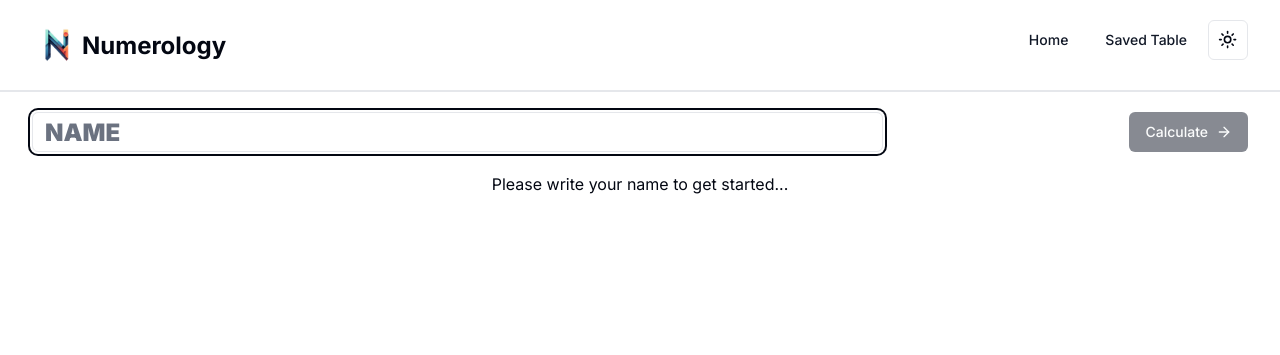
Repository: RaghunadhSahitDruvam/mynumerology
Page: /
The author's editor kept a copy of each file at every save. The page is drawn from the files as they stood at one save, then again after the next save.
The browser window is 1280 px wide. The pictures show the whole page.
The project was rebuilt for these pictures with package versions that can differ from the ones it lists, and the page was loaded fresh each time. The framework's server and built-in components were replaced by stand-ins that run in the browser. Also part of the build but not shown: next.config.js, components/ui/alert-dialog.tsx.

Above is the page before, as saved 2023-12-21 16:43:29.

### app/layout.tsx
import type { Metadata } from "next";
import { Inter } from "next/font/google";
import "./globals.css";
import { ThemeProvider } from "@/components/theme-provider";

const inter = Inter({ subsets: ["latin"] });

export const metadata: Metadata = {
  title: "Numerology",
  description: "Officially designed by ⭐ Raghunadh ⭐",
};

export default function RootLayout({
  children,
}: {
  children: React.ReactNode;
}) {
  return (
    <html lang="en">
      <body className={inter.className}>
        {" "}
        <ThemeProvider
          attribute="class"
          defaultTheme="system"
          enableSystem
          disableTransitionOnChange
        >
          {children}
          {/* <Toaster /> */}
        </ThemeProvider>
      </body>
    </html>
  );
}

### app/page.tsx
// @ts-nocheck
"use client";
import React, { useEffect, useRef, useState } from "react";
import { Input } from "@/components/ui/input";
import { ToastContainer, toast } from "react-toastify";
import "react-toastify/dist/ReactToastify.css";

import { Button } from "@/components/ui/button";
import { ArrowRight } from "lucide-react";
import axios from "axios";
import Header from "@/components/header";
import { useRouter, useSearchParams } from "next/navigation";
import Link from "next/link";
import {
  AlertDialog,
  AlertDialogAction,
  AlertDialogCancel,
  AlertDialogContent,
  AlertDialogDescription,
  AlertDialogFooter,
  AlertDialogHeader,
  AlertDialogTitle,
  AlertDialogTrigger,
} from "@/components/ui/alert-dialog";

interface DataSource {
  name_g2_block?: string;
  name_g3_block?: string;
  g2tot?: number;
  g2vtot?: number;
  g2nettot?: number;
  g3tot?: number;
  g3vtot?: number;
  g3nettot?: number;
  tot_letters?: number;
}

const Page: React.FC = () => {
  let [textName, setTextName] = useState<string>("");
  const [dataSource, setDataSource] = useState<DataSource | null>(null);
  const [loading, setLoading] = useState<boolean>(false);
  const searchParams = useSearchParams();
  let search = searchParams.get("name");
  const router = useRouter();
  const saveHandler = async (dataSource: DataSource) => {
    setLoading(true);
    await axios
      .post("/api/save", {
        chaldean: dataSource.name_g2_block,
        pythogorous: dataSource.name_g3_block,
        tot_letters: dataSource.tot_letters,
        g2tot: dataSource.g2tot,
        g3tot: dataSource.g3tot,
        g2vtot: dataSource.g2vtot,
        g3vtot: dataSource.g3vtot,
        g2nettot: dataSource.g2nettot,
        g3nettot: dataSource.g3nettot,
      })
      .then((res) => {
        setLoading(false);
        toast.success("Name successfully added to Database ⭐!");
      })
      .catch((err) => toast.error(err));
  };

  useEffect(() => {
    // Set initial value only if it's different from the current state
    if (search !== null && search !== textName) {
      setTextName(search);
    }
  }, [search, textName]);

  const inputFocusRef = useRef(null);
  const buttonRef = useRef(null);
  useEffect(() => {
    inputFocusRef.current.focus();
    if (search !== null) {
      if (buttonRef.current) {
        buttonRef.current.click();
      }
    }
  }, []);
  const submitHandler = (e: React.FormEvent<HTMLFormElement>) => {
    e.preventDefault();
    axios
      .get(
        `https://phinzi.com/convert?name=${textName
          .replaceAll(".", "")
          .replaceAll(",", "")
          .replaceAll(" - ", "")
          .replaceAll("-", " ")
          .replaceAll(";", "")
          .replaceAll("(", "")
          .replaceAll(")", "")
          .replaceAll("  ", " ")
          .replaceAll("[", "")
          .replaceAll("]", "")}`
      )
      .then((res) => setDataSource(res.data));
  };

  const updateURL = (newTextName: string) => {
    // Update the URL without a page reload
    router.push(
      `?name=${encodeURIComponent(
        newTextName
          .replaceAll(".", "")
          .replaceAll(",", "")
          .replaceAll(" - ", "")
          .replaceAll("-", " ")
          .replaceAll(";", "")
          .replaceAll("(", "")
          .replaceAll(")", "")
          .replaceAll("  ", " ")
          .replaceAll("[", "")
          .replaceAll("]", "")
      )}`
    );
  };

  return loading ? (
    <div className="flex items-center justify-center h-screen bg-gray-100">
      <div className="animate-spin h-12 w-12 border-t-2 border-b-2 border-gray-900 rounded-full" />
    </div>
  ) : (
    <div className="">
      <Header />

      <div>
        <form
          className="container gap flex justify-between"
          onSubmit={(e) => submitHandler(e)}
        >
          <Input
            type="text"
            placeholder="Name"
            className="w-[70%]"
            value={textName
              .replaceAll(".", "")
              .replaceAll(",", "")
              .replaceAll(" - ", "")
              .replaceAll("-", " ")
              .replaceAll(";", "")
              .replaceAll("(", "")
              .replaceAll(")", "")
              .replaceAll("  ", " ")
              .replaceAll("[", "")
              .replaceAll("]", "")}
            ref={inputFocusRef}
            onChange={(e) => {
              const newValue = e.target.value;
              setTextName(newValue);
              updateURL(newValue); // Update the URL when input changes
            }}
          />

          <Button
            type="submit"
            ref={buttonRef}
            disabled={textName.length === 0}
          >
            Calculate <ArrowRight className="ml-2 h-4 w-4" />
          </Button>
        </form>
      </div>
      {dataSource ? (
        <>
          <div className="container mt-[30px] flex items-start justify-start">
            <table
              border={2}
              className="border-4dark:border-white border-yellow-600"
            >
              <thead className="border-4 dark:border-white border-yellow-600 p-[20px]">
                <tr className="border-4 dark:border-white border-yellow-600">
                  <th className="border-4 dark:border-white border-yellow-600 bg-green-600 text-white  text-2xl font-[900]">
                    Grp.
                  </th>
                  <th className="border-4 dark:border-white border-yellow-600 bg-green-600 text-white  text-2xl font-[900]">
                    Name
                  </th>
                  <th className="border-4 dark:border-white border-yellow-600 bg-green-600 text-white  text-2xl font-[900]">
                    Total
                  </th>
                  <th className="border-4  dark:border-white border-yellow-600 bg-green-600 text-white  text-2xl font-[900]">
                    V
                  </th>
                  <th className="border-4px-[10px]  dark:border-white border-yellow-600 bg-green-600 text-white  text-2xl font-[900] text-2xl">
                    C
                  </th>
                </tr>
              </thead>
              <tbody className="border-4 dark:border-white border-yellow-600 text-[#960084] font-[900]">
                <tr className="border-4 dark:border-white border-yellow-600">
                  <td className="border-4 dark:border-white border-yellow-600 bg-green-600 text-white  text-2xl ">
                    C
                  </td>
                  <td className=" border-4 dark:border-white border-yellow-600 ">
                    <table
                      className=" table-padding text-2xl"
                      dangerouslySetInnerHTML={{
                        __html:
                          typeof dataSource !== "undefined" &&
                          dataSource?.name_g2_block,
                      }}
                    ></table>
                  </td>

                  <td className="border-4 dark:border-white border-yellow-600 text-2xl bg-green-600 text-white ">
                    {dataSource?.g2tot}
                  </td>
                  <td className="border-4 dark:border-white border-yellow-600 text-2xl bg-green-600 text-white ">
                    {" "}
                    {dataSource?.g2vtot}
                  </td>
                  <td className="border-4 dark:border-white border-yellow-600 text-2xl bg-green-600 text-white ">
                    {" "}
                    {dataSource?.g2nettot}
                  </td>
                </tr>
                <tr className="border-4 dark:border-white border-yellow-600">
                  <td className="border-4 dark:border-white border-yellow-600 bg-green-600 text-white  text-2xl ">
                    P
                  </td>
                  <td className=" border-4 dark:border-white border-yellow-600">
                    <table
                      className=" table-padding text-2xl"
                      dangerouslySetInnerHTML={{
                        __html:
                          typeof dataSource !== "undefined" &&
                          dataSource?.name_g3_block,
                      }}
                    ></table>
                  </td>

                  <td className="border-4 dark:border-white border-yellow-600 text-2xl bg-green-600 text-white ">
                    {dataSource?.g3tot}
                  </td>
                  <td className="border-4 dark:border-white border-yellow-600 text-2xl bg-green-600 text-white ">
                    {" "}
                    {dataSource?.g3vtot}
                  </td>
                  <td className="border-4 dark:border-white border-yellow-600 text-2xl bg-green-600 text-white ">
                    {" "}
                    {dataSource?.g3nettot}
                  </td>
                </tr>
              </tbody>
            </table>
          </div>
          <div className="container flex  items-start mt-[10px] justify-between">
            {" "}
            <span className="text-green-600  text-2xl font-[900]">
              Total Letters - {dataSource?.tot_letters}
            </span>
            <div className="">
              {/* <Button variant={"default"} className="mr-[10px]"> */}
              <AlertDialog>
                <AlertDialogTrigger>
                  <Button variant={"default"} className="mr-[10px]">
                    Save
                  </Button>
                </AlertDialogTrigger>
                <AlertDialogContent>
                  <AlertDialogHeader>
                    <AlertDialogTitle>
                      Are you absolutely sure?
                    </AlertDialogTitle>
                    <AlertDialogDescription>
                      Do you want to save this name -{" "}
                      <b>{textName.toUpperCase()}</b> ?
                    </AlertDialogDescription>
                  </AlertDialogHeader>
                  <AlertDialogFooter>
                    <AlertDialogCancel>Cancel</AlertDialogCancel>
                    <AlertDialogAction onClick={() => saveHandler(dataSource)}>
                      Continue
                    </AlertDialogAction>
                  </AlertDialogFooter>
                </AlertDialogContent>
              </AlertDialog>
              {/* </Button> */}
              <Link href={"/"}>
                <Button
                  variant={"destructive"}
                  onClick={() => {
                    setTextName("");
                    setDataSource(null);
                  }}
                >
                  Cancel
                </Button>
              </Link>
            </div>
          </div>
        </>
      ) : (
        <>
          <div className="container flex justify-center align-middle">
            <h1>Please write your name to get started...</h1>
          </div>
        </>
      )}
      <ToastContainer
        position="top-right"
        autoClose={5000}
        hideProgressBar={false}
        newestOnTop={false}
        closeOnClick
        rtl={false}
        pauseOnFocusLoss
        draggable
        pauseOnHover
        theme="colored"
      />
    </div>
  );
};

export default Page;

### app/globals.css
@tailwind base;
@tailwind components;
@tailwind utilities;

@layer base {
  :root {
    --background: 0 0% 100%;
    --foreground: 224 71.4% 4.1%;

    --card: 0 0% 100%;
    --card-foreground: 224 71.4% 4.1%;

    --popover: 0 0% 100%;
    --popover-foreground: 224 71.4% 4.1%;

    --primary: 220.9 39.3% 11%;
    --primary-foreground: 210 20% 98%;

    --secondary: 220 14.3% 95.9%;
    --secondary-foreground: 220.9 39.3% 11%;

    --muted: 220 14.3% 95.9%;
    --muted-foreground: 220 8.9% 46.1%;

    --accent: 220 14.3% 95.9%;
    --accent-foreground: 220.9 39.3% 11%;

    --destructive: 0 84.2% 60.2%;
    --destructive-foreground: 210 20% 98%;

    --border: 220 13% 91%;
    --input: 220 13% 91%;
    --ring: 224 71.4% 4.1%;

    --radius: 0.5rem;
  }

  .dark {
    --background: 224 71.4% 4.1%;
    --foreground: 210 20% 98%;

    --card: 224 71.4% 4.1%;
    --card-foreground: 210 20% 98%;

    --popover: 224 71.4% 4.1%;
    --popover-foreground: 210 20% 98%;

    --primary: 210 20% 98%;
    --primary-foreground: 220.9 39.3% 11%;

    --secondary: 215 27.9% 16.9%;
    --secondary-foreground: 210 20% 98%;

    --muted: 215 27.9% 16.9%;
    --muted-foreground: 217.9 10.6% 64.9%;

    --accent: 215 27.9% 16.9%;
    --accent-foreground: 210 20% 98%;

    --destructive: 0 62.8% 30.6%;
    --destructive-foreground: 210 20% 98%;

    --border: 215 27.9% 16.9%;
    --input: 215 27.9% 16.9%;
    --ring: 216 12.2% 83.9%;
  }
}

@layer base {
  * {
    @apply border-border;
  }
  body {
    @apply bg-background text-foreground;
  }
  .container {
    @apply mx-[50px];
  }
  .mainHeading {
    @apply text-2xl font-bold;
  }
  .gap {
    @apply my-[20px];
  }
  .table-padding tbody > tr > td {
    @apply px-[15px];
  }
}

### components/ui/input.tsx
import * as React from "react";

import { cn } from "@/lib/utils";

export interface InputProps
  extends React.InputHTMLAttributes<HTMLInputElement> {}

const Input = React.forwardRef<HTMLInputElement, InputProps>(
  ({ className, type, ...props }, ref) => {
    return (
      <input
        type={type}
        className={cn(
          "flex h-10 w-full rounded-md border border-pink-600 border-input uppercase text-2xl bg-background text-blue-600 font-[1000] px-3 py-2  ring-offset-background file:border-0 file:bg-transparent file:text-sm file:font-medium placeholder:text-muted-foreground focus-visible:outline-none focus-visible:ring-2 focus-visible:ring-ring focus-visible:ring-offset-2 foc disabled:cursor-not-allowed disabled:opacity-50",
          className
        )}
        ref={ref}
        {...props}
      />
    );
  }
);
Input.displayName = "Input";

export { Input };

### components/ui/button.tsx
import * as React from "react"
import { Slot } from "@radix-ui/react-slot"
import { cva, type VariantProps } from "class-variance-authority"

import { cn } from "@/lib/utils"

const buttonVariants = cva(
  "inline-flex items-center justify-center rounded-md text-sm font-medium ring-offset-background transition-colors focus-visible:outline-none focus-visible:ring-2 focus-visible:ring-ring focus-visible:ring-offset-2 disabled:pointer-events-none disabled:opacity-50",
  {
    variants: {
      variant: {
        default: "bg-primary text-primary-foreground hover:bg-primary/90",
        destructive:
          "bg-destructive text-destructive-foreground hover:bg-destructive/90",
        outline:
          "border border-input bg-background hover:bg-accent hover:text-accent-foreground",
        secondary:
          "bg-secondary text-secondary-foreground hover:bg-secondary/80",
        ghost: "hover:bg-accent hover:text-accent-foreground",
        link: "text-primary underline-offset-4 hover:underline",
      },
      size: {
        default: "h-10 px-4 py-2",
        sm: "h-9 rounded-md px-3",
        lg: "h-11 rounded-md px-8",
        icon: "h-10 w-10",
      },
    },
    defaultVariants: {
      variant: "default",
      size: "default",
    },
  }
)

export interface ButtonProps
  extends React.ButtonHTMLAttributes<HTMLButtonElement>,
    VariantProps<typeof buttonVariants> {
  asChild?: boolean
}

const Button = React.forwardRef<HTMLButtonElement, ButtonProps>(
  ({ className, variant, size, asChild = false, ...props }, ref) => {
    const Comp = asChild ? Slot : "button"
    return (
      <Comp
        className={cn(buttonVariants({ variant, size, className }))}
        ref={ref}
        {...props}
      />
    )
  }
)
Button.displayName = "Button"

export { Button, buttonVariants }

### components/header.tsx
import React from "react";
import { ModeToggle } from "./mode";
import Link from "next/link";
import Image from "next/image";
import { Badge } from "./ui/badge";
import { Button } from "./ui/button";

const Header = () => {
  return (
    <div className={``}>
      <div className="flex my-[20px] mainHeading justify-between  container ">
        <Link href={"/"} className="flex align-middle text-center ">
          <Image src={"/images/logo.png"} alt="logo" height={50} width={50} />
          <span className="mt-[10px]">Numerology</span>
        </Link>
        <div className="flex gap-[5px]">
          <Link href={"/"}>
            <Button variant={"link"}>Home</Button>{" "}
          </Link>
          <Link href={"/data"}>
            <Button variant={"link"}>Saved Table</Button>{" "}
          </Link>
          <ModeToggle />
        </div>
      </div>
      <div className="border-b-2"></div>
    </div>
  );
};

export default Header;

### components/mode.tsx
"use client";

import * as React from "react";
import { Moon, Sun } from "lucide-react";
import { useTheme } from "next-themes";

import { Button } from "@/components/ui/button";
import {
  DropdownMenu,
  DropdownMenuContent,
  DropdownMenuItem,
  DropdownMenuTrigger,
} from "@/components/ui/dropdown-menu";

export function ModeToggle() {
  const { setTheme } = useTheme();

  return (
    <DropdownMenu>
      <DropdownMenuTrigger asChild>
        <Button variant="outline" size="icon" className="align-middle">
          <Sun className="h-[1.2rem]  w-[1.2rem] rotate-0 scale-100 transition-all dark:-rotate-90 dark:scale-0" />
          <Moon className="absolute  h-[1.2rem] w-[1.2rem] rotate-90 scale-0 transition-all dark:rotate-0 dark:scale-100" />
          <span className="sr-only">Toggle theme</span>
        </Button>
      </DropdownMenuTrigger>
      <DropdownMenuContent align="end">
        <DropdownMenuItem onClick={() => setTheme("light")}>
          Light
        </DropdownMenuItem>
        <DropdownMenuItem onClick={() => setTheme("dark")}>
          Dark
        </DropdownMenuItem>
        <DropdownMenuItem onClick={() => setTheme("system")}>
          System
        </DropdownMenuItem>
      </DropdownMenuContent>
    </DropdownMenu>
  );
}

### components/ui/dropdown-menu.tsx
import * as React from "react"
import * as DropdownMenuPrimitive from "@radix-ui/react-dropdown-menu"
import { Check, ChevronRight, Circle } from "lucide-react"

import { cn } from "@/lib/utils"

const DropdownMenu = DropdownMenuPrimitive.Root

const DropdownMenuTrigger = DropdownMenuPrimitive.Trigger

const DropdownMenuGroup = DropdownMenuPrimitive.Group

const DropdownMenuPortal = DropdownMenuPrimitive.Portal

const DropdownMenuSub = DropdownMenuPrimitive.Sub

const DropdownMenuRadioGroup = DropdownMenuPrimitive.RadioGroup

const DropdownMenuSubTrigger = React.forwardRef<
  React.ElementRef<typeof DropdownMenuPrimitive.SubTrigger>,
  React.ComponentPropsWithoutRef<typeof DropdownMenuPrimitive.SubTrigger> & {
    inset?: boolean
  }
>(({ className, inset, children, ...props }, ref) => (
  <DropdownMenuPrimitive.SubTrigger
    ref={ref}
    className={cn(
      "flex cursor-default select-none items-center rounded-sm px-2 py-1.5 text-sm outline-none focus:bg-accent data-[state=open]:bg-accent",
      inset && "pl-8",
      className
    )}
    {...props}
  >
    {children}
    <ChevronRight className="ml-auto h-4 w-4" />
  </DropdownMenuPrimitive.SubTrigger>
))
DropdownMenuSubTrigger.displayName =
  DropdownMenuPrimitive.SubTrigger.displayName

const DropdownMenuSubContent = React.forwardRef<
  React.ElementRef<typeof DropdownMenuPrimitive.SubContent>,
  React.ComponentPropsWithoutRef<typeof DropdownMenuPrimitive.SubContent>
>(({ className, ...props }, ref) => (
  <DropdownMenuPrimitive.SubContent
    ref={ref}
    className={cn(
      "z-50 min-w-[8rem] overflow-hidden rounded-md border bg-popover p-1 text-popover-foreground shadow-lg data-[state=open]:animate-in data-[state=closed]:animate-out data-[state=closed]:fade-out-0 data-[state=open]:fade-in-0 data-[state=closed]:zoom-out-95 data-[state=open]:zoom-in-95 data-[side=bottom]:slide-in-from-top-2 data-[side=left]:slide-in-from-right-2 data-[side=right]:slide-in-from-left-2 data-[side=top]:slide-in-from-bottom-2",
      className
    )}
    {...props}
  />
))
DropdownMenuSubContent.displayName =
  DropdownMenuPrimitive.SubContent.displayName

const DropdownMenuContent = React.forwardRef<
  React.ElementRef<typeof DropdownMenuPrimitive.Content>,
  React.ComponentPropsWithoutRef<typeof DropdownMenuPrimitive.Content>
>(({ className, sideOffset = 4, ...props }, ref) => (
  <DropdownMenuPrimitive.Portal>
    <DropdownMenuPrimitive.Content
      ref={ref}
      sideOffset={sideOffset}
      className={cn(
        "z-50 min-w-[8rem] overflow-hidden rounded-md border bg-popover p-1 text-popover-foreground shadow-md data-[state=open]:animate-in data-[state=closed]:animate-out data-[state=closed]:fade-out-0 data-[state=open]:fade-in-0 data-[state=closed]:zoom-out-95 data-[state=open]:zoom-in-95 data-[side=bottom]:slide-in-from-top-2 data-[side=left]:slide-in-from-right-2 data-[side=right]:slide-in-from-left-2 data-[side=top]:slide-in-from-bottom-2",
        className
      )}
      {...props}
    />
  </DropdownMenuPrimitive.Portal>
))
DropdownMenuContent.displayName = DropdownMenuPrimitive.Content.displayName

const DropdownMenuItem = React.forwardRef<
  React.ElementRef<typeof DropdownMenuPrimitive.Item>,
  React.ComponentPropsWithoutRef<typeof DropdownMenuPrimitive.Item> & {
    inset?: boolean
  }
>(({ className, inset, ...props }, ref) => (
  <DropdownMenuPrimitive.Item
    ref={ref}
    className={cn(
      "relative flex cursor-default select-none items-center rounded-sm px-2 py-1.5 text-sm outline-none transition-colors focus:bg-accent focus:text-accent-foreground data-[disabled]:pointer-events-none data-[disabled]:opacity-50",
      inset && "pl-8",
      className
    )}
    {...props}
  />
))
DropdownMenuItem.displayName = DropdownMenuPrimitive.Item.displayName

const DropdownMenuCheckboxItem = React.forwardRef<
  React.ElementRef<typeof DropdownMenuPrimitive.CheckboxItem>,
  React.ComponentPropsWithoutRef<typeof DropdownMenuPrimitive.CheckboxItem>
>(({ className, children, checked, ...props }, ref) => (
  <DropdownMenuPrimitive.CheckboxItem
    ref={ref}
    className={cn(
      "relative flex cursor-default select-none items-center rounded-sm py-1.5 pl-8 pr-2 text-sm outline-none transition-colors focus:bg-accent focus:text-accent-foreground data-[disabled]:pointer-events-none data-[disabled]:opacity-50",
      className
    )}
    checked={checked}
    {...props}
  >
    <span className="absolute left-2 flex h-3.5 w-3.5 items-center justify-center">
      <DropdownMenuPrimitive.ItemIndicator>
        <Check className="h-4 w-4" />
      </DropdownMenuPrimitive.ItemIndicator>
    </span>
    {children}
  </DropdownMenuPrimitive.CheckboxItem>
))
DropdownMenuCheckboxItem.displayName =
  DropdownMenuPrimitive.CheckboxItem.displayName

const DropdownMenuRadioItem = React.forwardRef<
  React.ElementRef<typeof DropdownMenuPrimitive.RadioItem>,
  React.ComponentPropsWithoutRef<typeof DropdownMenuPrimitive.RadioItem>
>(({ className, children, ...props }, ref) => (
  <DropdownMenuPrimitive.RadioItem
    ref={ref}
    className={cn(
      "relative flex cursor-default select-none items-center rounded-sm py-1.5 pl-8 pr-2 text-sm outline-none transition-colors focus:bg-accent focus:text-accent-foreground data-[disabled]:pointer-events-none data-[disabled]:opacity-50",
      className
    )}
    {...props}
  >
    <span className="absolute left-2 flex h-3.5 w-3.5 items-center justify-center">
      <DropdownMenuPrimitive.ItemIndicator>
        <Circle className="h-2 w-2 fill-current" />
      </DropdownMenuPrimitive.ItemIndicator>
    </span>
    {children}
  </DropdownMenuPrimitive.RadioItem>
))
DropdownMenuRadioItem.displayName = DropdownMenuPrimitive.RadioItem.displayName

const DropdownMenuLabel = React.forwardRef<
  React.ElementRef<typeof DropdownMenuPrimitive.Label>,
  React.ComponentPropsWithoutRef<typeof DropdownMenuPrimitive.Label> & {
    inset?: boolean
  }
>(({ className, inset, ...props }, ref) => (
  <DropdownMenuPrimitive.Label
    ref={ref}
    className={cn(
      "px-2 py-1.5 text-sm font-semibold",
      inset && "pl-8",
      className
    )}
    {...props}
  />
))
DropdownMenuLabel.displayName = DropdownMenuPrimitive.Label.displayName

const DropdownMenuSeparator = React.forwardRef<
  React.ElementRef<typeof DropdownMenuPrimitive.Separator>,
  React.ComponentPropsWithoutRef<typeof DropdownMenuPrimitive.Separator>
>(({ className, ...props }, ref) => (
  <DropdownMenuPrimitive.Separator
    ref={ref}
    className={cn("-mx-1 my-1 h-px bg-muted", className)}
    {...props}
  />
))
DropdownMenuSeparator.displayName = DropdownMenuPrimitive.Separator.displayName

const DropdownMenuShortcut = ({
  className,
  ...props
}: React.HTMLAttributes<HTMLSpanElement>) => {
  return (
    <span
      className={cn("ml-auto text-xs tracking-widest opacity-60", className)}
      {...props}
    />
  )
}
DropdownMenuShortcut.displayName = "DropdownMenuShortcut"

export {
  DropdownMenu,
  DropdownMenuTrigger,
  DropdownMenuContent,
  DropdownMenuItem,
  DropdownMenuCheckboxItem,
  DropdownMenuRadioItem,
  DropdownMenuLabel,
  DropdownMenuSeparator,
  DropdownMenuShortcut,
  DropdownMenuGroup,
  DropdownMenuPortal,
  DropdownMenuSub,
  DropdownMenuSubContent,
  DropdownMenuSubTrigger,
  DropdownMenuRadioGroup,
}

### components/footer.tsx
import Link from "next/link";
import { Facebook, Instagram, Linkedin, Twitter } from "lucide-react";

export default function Footer() {
  return (
    <footer className="bg-gray-200">
      <div className="container flex flex-wrap items-center justify-center px-4 py-8 mx-auto  lg:justify-between">
        <div className="flex flex-wrap justify-center">
          <ul className="flex items-center space-x-4">
            <li>
              <Link href={"/"}>Home</Link>
            </li>
            <li>
              <Link href={"/about"}>About</Link>
            </li>
            <li>
              <Link href={"/contact"}>Contact US</Link>
            </li>
            <li>
              <Link href={"/terms"}>Terms & Condition</Link>
            </li>
          </ul>
        </div>
        <div className="flex justify-center space-x-4 mt-4 lg:mt-0">
          <Link href={""}>
            <Facebook />
          </Link>
          <Link href={""}>
            <Twitter />
          </Link>
          <Link href={""}>
            <Instagram />
          </Link>
          <Link href={""}>
            <Linkedin />
          </Link>
        </div>
      </div>
      <div className="pb-2">
        <p className="text-center">
          @2024 All rights reserved by your website.
        </p>
      </div>
    </footer>
  );
}

Loaded but not shown: components/theme-provider.tsx (common file); lib/utils.ts (common file); tailwind.config.js (common file)

After the next save:
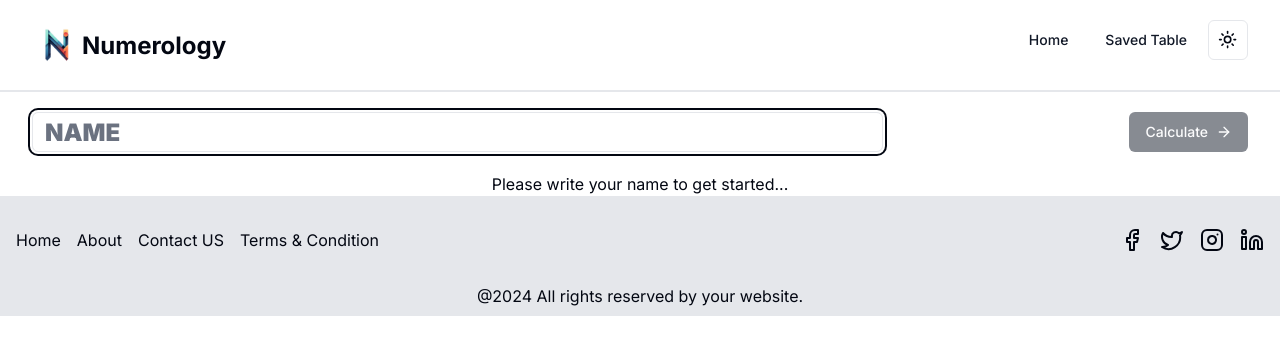
Saved 16 min 42 s later.
--- a/app/page.tsx
+++ b/app/page.tsx
@@ -22,6 +22,7 @@ import {
   AlertDialogTitle,
   AlertDialogTrigger,
 } from "@/components/ui/alert-dialog";
+import Footer from "@/components/footer";
 
 interface DataSource {
   name_g2_block?: string;
@@ -312,6 +313,7 @@ const Page: React.FC = () => {
         pauseOnHover
         theme="colored"
       />
+      <Footer />
     </div>
   );
 };
